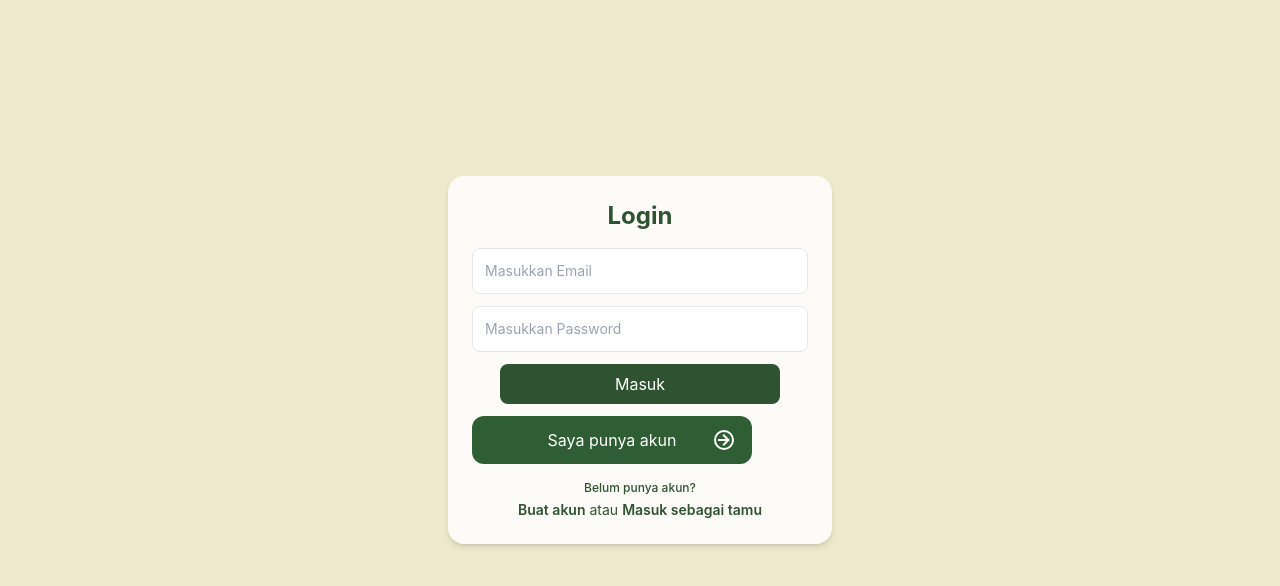
Repository: PajarAland/DiagramCoffee
Page: /login
An editor plug-in stored every save of this project. The page is shown before and after the next save, followed by the edit.
The browser window is 1280 px wide. The pictures show the whole page.
The page's requests for data from a server got no answer. The project was rebuilt for these pictures with package versions that can differ from the ones it lists, and the page was loaded fresh each time. Some packages were replaced by stand-ins written for this rebuild. No one was signed in, and anything a server would have sent is missing. Also part of the build but not shown: vite.config.js, src/components/ui/NavBar.jsx, src/pages/Landing.jsx, src/pages/Register.jsx, src/pages/Home.jsx, src/auth/ProtectedRoute.jsx.

Above is the page before, as saved 2026-04-26 18:20:12.

After the next save:
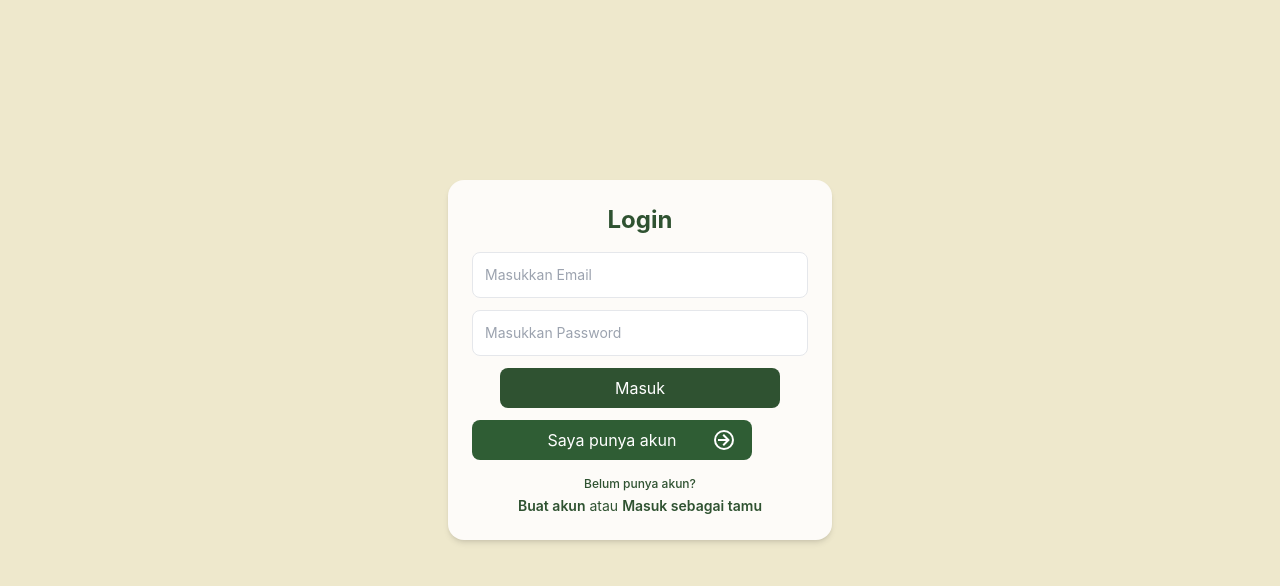
Saved 34 s later.
--- a/src/pages/Login.jsx
+++ b/src/pages/Login.jsx
@@ -83,7 +83,7 @@ function Login() {
 
                     <button
                         onClick={() => navigate("/login")}
-                        className="w-10/12 max-w-sm bg-[#2F5D34] text-white py-3 rounded-xl relative flex items-center justify-center mt-2"
+                        className="w-10/12 bg-[#2F5D34] text-white py-2 rounded-lg relative flex items-center justify-center mt-2"
                         >
                         <span className="text-center">Saya punya akun</span>
 
